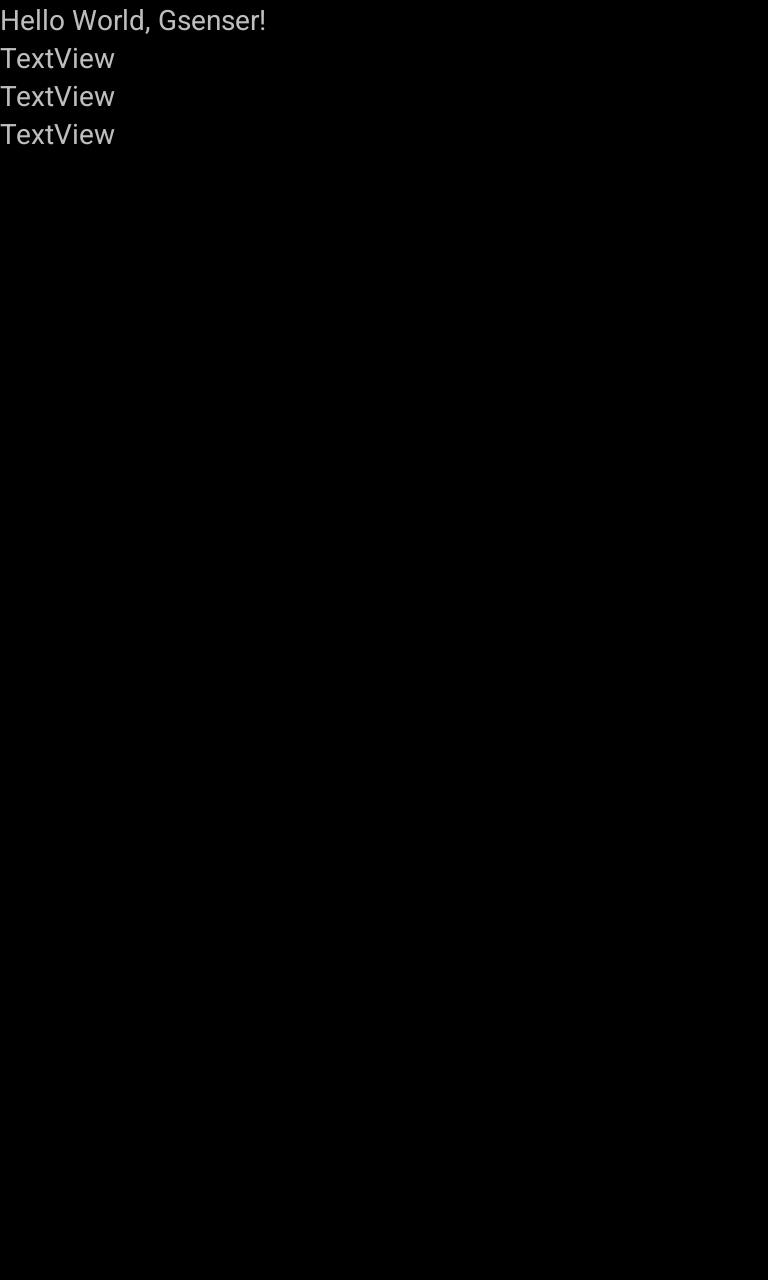
Repository: takahashit/AndSRC
Layout: Gsenser/res/layout/main.xml
The author's editor kept a copy of each file at every save. The layout is drawn from the files as they stood at one save, then again after the next save.
It is drawn on a 768 x 1280 px phone screen (xhdpi) without system bars, with theme android:Theme; the app's code is not run.

Above is the layout before, as saved 2013-04-08 07:44:34.

After the next save:
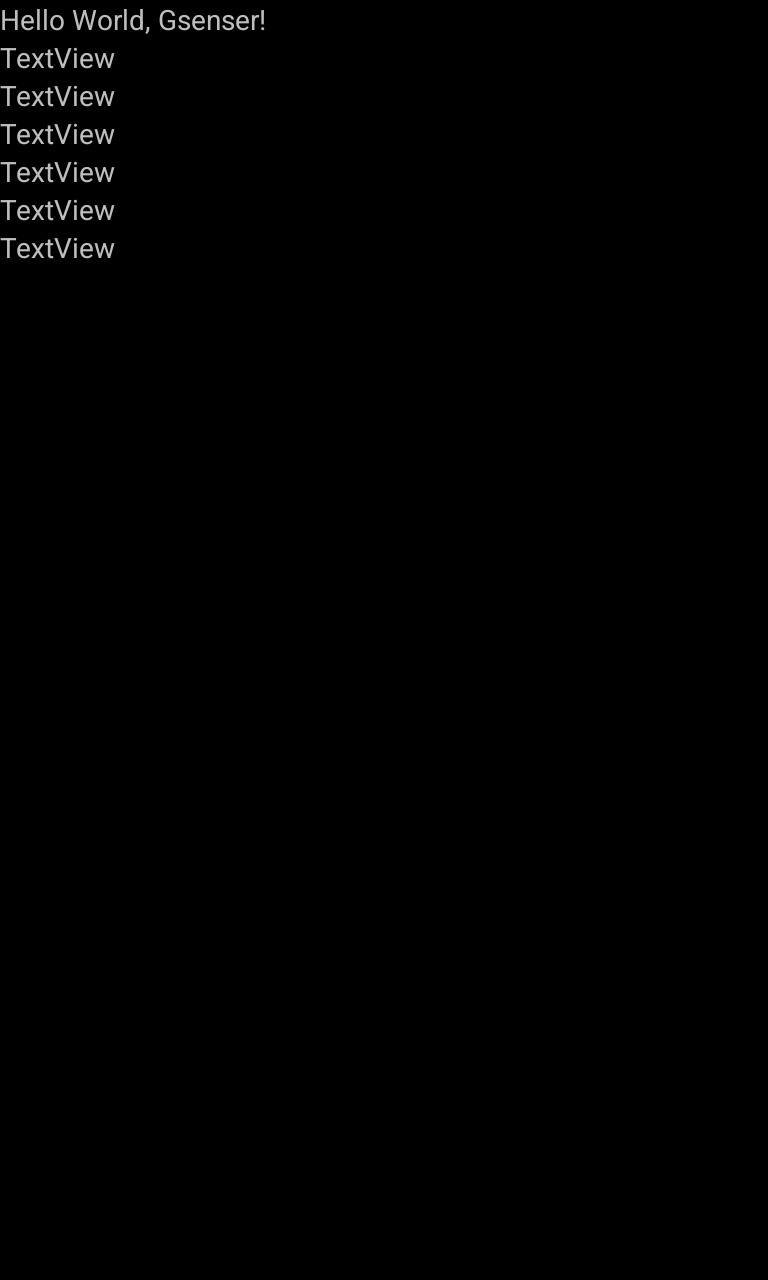
Saved 2 min 26 s later.
--- a/Gsenser/res/layout/main.xml
+++ b/Gsenser/res/layout/main.xml
@@ -9,8 +9,14 @@
     android:layout_height="wrap_content"
     android:text="@string/hello"
     />
-<TextView android:text="TextView" android:id="@+id/azimuth" android:layout_width="wrap_content" android:layout_height="wrap_content"></TextView>
-<TextView android:text="TextView" android:id="@+id/pitch" android:layout_width="wrap_content" android:layout_height="wrap_content"></TextView>
-<TextView android:text="TextView" android:id="@+id/roll" android:layout_width="wrap_content" android:layout_height="wrap_content"></TextView>
+    text
+<TextView android:layout_height="wrap_content" android:layout_width="wrap_content" android:id="@+id/xtext" android:text="TextView"></TextView>
+<TextView android:layout_height="wrap_content" android:layout_width="wrap_content" android:id="@+id/ytext" android:text="TextView"></TextView>
+<TextView android:layout_height="wrap_content" android:layout_width="wrap_content" android:id="@+id/ztext" android:text="TextView"></TextView>
+
+
+<TextView android:layout_height="wrap_content" android:layout_width="wrap_content" android:id="@+id/azimuth" android:text="TextView"></TextView>
+<TextView android:layout_height="wrap_content" android:layout_width="wrap_content" android:id="@+id/pitch" android:text="TextView"></TextView>
+<TextView android:layout_height="wrap_content" android:layout_width="wrap_content" android:id="@+id/roll" android:text="TextView"></TextView>
 
 </LinearLayout>
